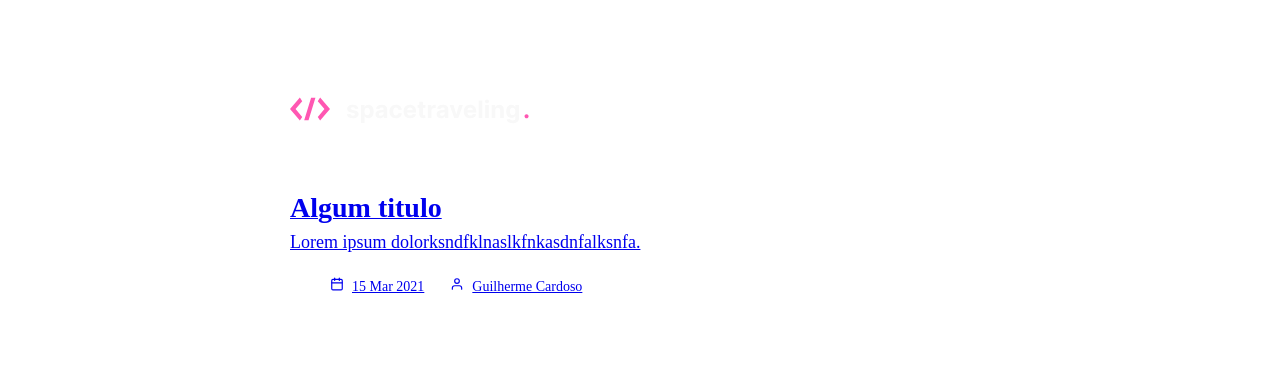
Repository: guilhermecardoso93/ignite-template-reactjs-criando-um-projeto-do-zero
Page: /
An editor plug-in stored every save of this project. The page is shown before and after the next save, followed by the edit.
The browser window is 1280 px wide. The pictures show the whole page.
The project was rebuilt for these pictures with package versions that can differ from the ones it lists, and the page was loaded fresh each time. The framework's server and built-in components were replaced by stand-ins that run in the browser.

Above is the page before, as saved 2022-07-24 11:54:29.

After the next save:
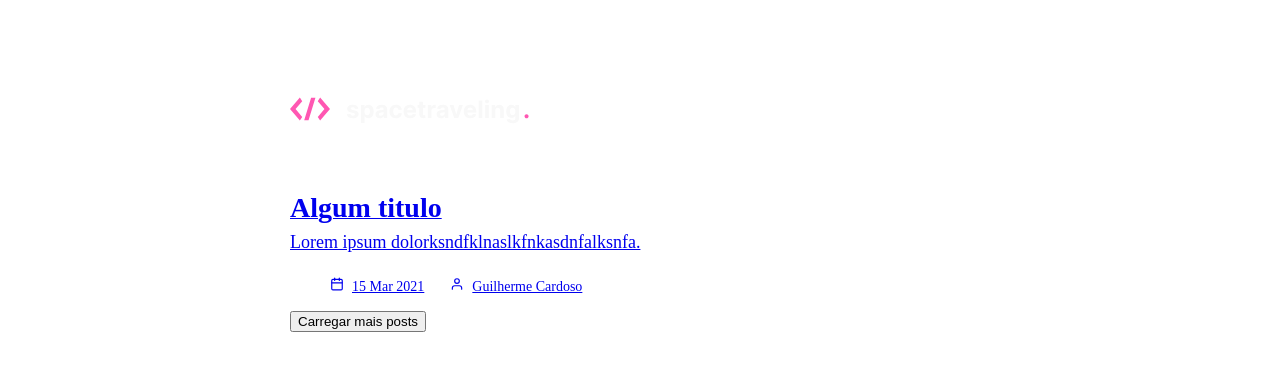
Saved 72 s later.
--- a/src/pages/index.tsx
+++ b/src/pages/index.tsx
@@ -1,11 +1,11 @@
-import { GetStaticProps } from "next";
-import Link from "next/link";
-import { FiCalendar, FiUser } from "react-icons/fi";
-import {Header} from "../components/Header";
-import { getPrismicClient } from "../services/prismic";
+import { GetStaticProps } from 'next';
+import Link from 'next/link';
+import { FiCalendar, FiUser } from 'react-icons/fi';
+import { Header } from '../components/Header';
+import { getPrismicClient } from '../services/prismic';
 
-import commonStyles from "../styles/common.module.scss";
-import styles from "./home.module.scss";
+import commonStyles from '../styles/common.module.scss';
+import styles from './home.module.scss';
 
 interface Post {
   uid?: string;
@@ -50,6 +50,7 @@ export default function Home(): JSX.Element {
             </a>
           </Link>
         </div>
+        <button type="button">Carregar mais posts</button>
       </main>
     </>
   );
